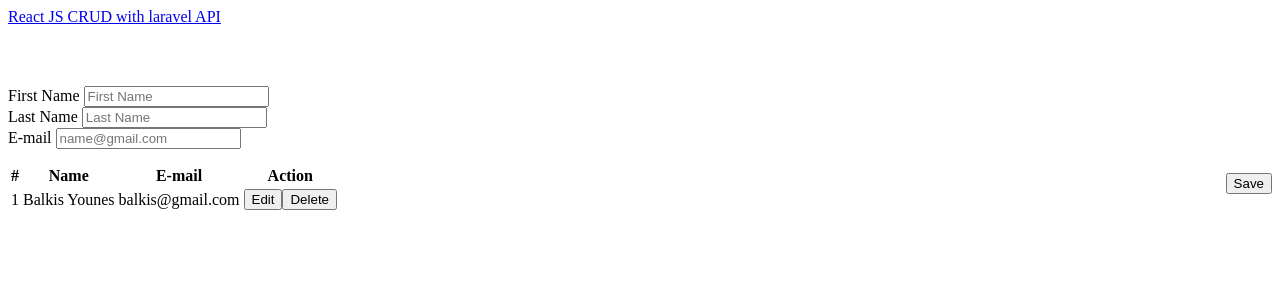
Repository: balkisys/react-js-crud
Page: /
These files come from the project's save history. The page is drawn as it stood at one moment and after the next save; the edit follows.
The browser window is 1280 px wide. The pictures show the whole page.
The project was rebuilt for these pictures with package versions that can differ from the ones it lists, and the page was loaded fresh each time.

Above is the page before, as saved 2020-05-18 11:39:02.

After the next save:
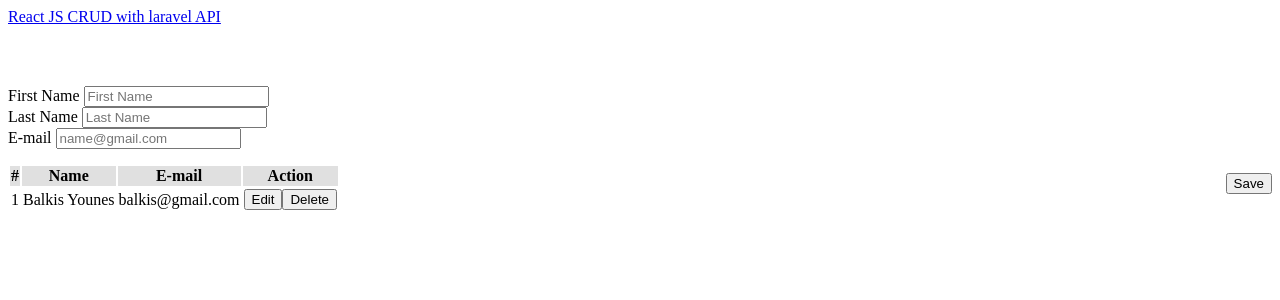
Saved 82 s later.
--- a/src/components/app.css
+++ b/src/components/app.css
@@ -9,3 +9,7 @@
 .data {
     margin-top: 15px;
 }
+
+thead tr th {
+     background: #e0e0e0 !important;
+}
